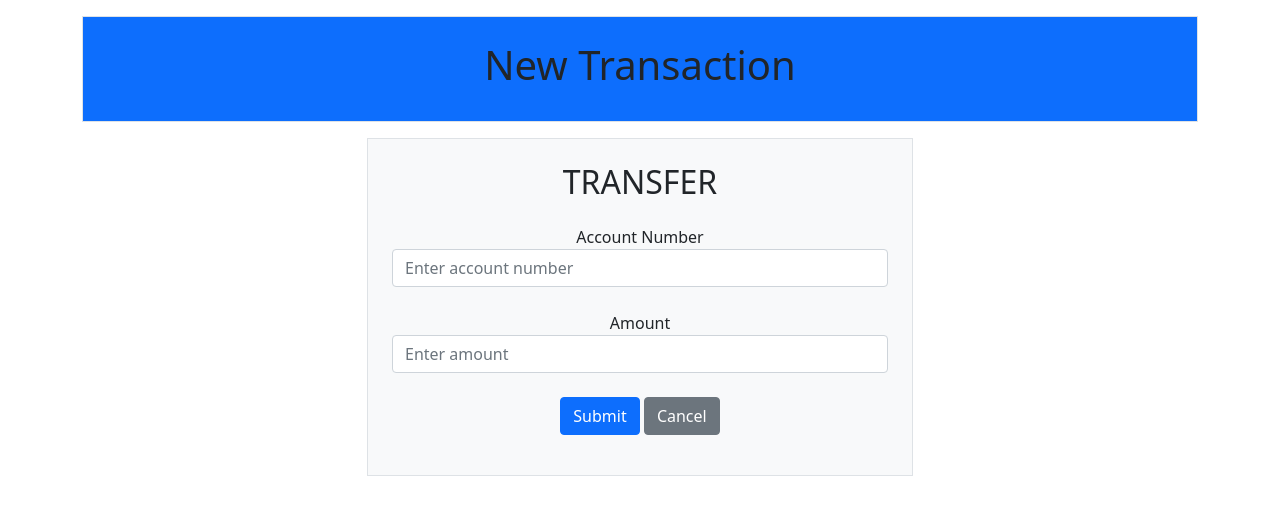
Repository: RMVLajaykumar/monojavaee
Page: http://localhost/13-bankapplication-demo/transaction.jsp
These files come from the project's save history. The page is drawn as it stood at one moment and after the next save; the edit follows.
The browser window is 1280 px wide. The pictures show the whole page.
The page is served by Tomcat 9. Nobody is signed in. The application's start-up code is not run.

Above is the page before, as saved 2024-07-20 19:04:08.

After the next save:
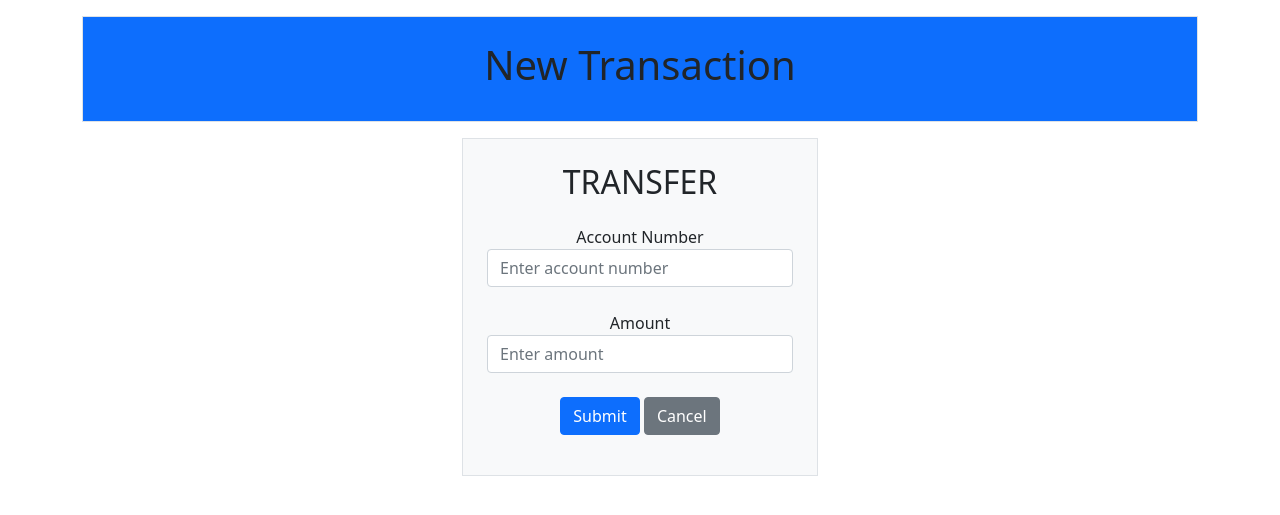
Saved 40 s later.
--- a/13-bankapplication-demo/WebContent/transaction.jsp
+++ b/13-bankapplication-demo/WebContent/transaction.jsp
@@ -22,7 +22,7 @@
       </div>
     </div>
     <div class="row justify-content-center mt-3">
-      <div class="col-lg-6">
+      <div class="col-lg-4">
         <div class="p-4 border bg-light text-center">
           <h2 class="mb-4">TRANSFER</h2> <!-- Added margin-bottom for more space -->
           <form action="user" method="get">
